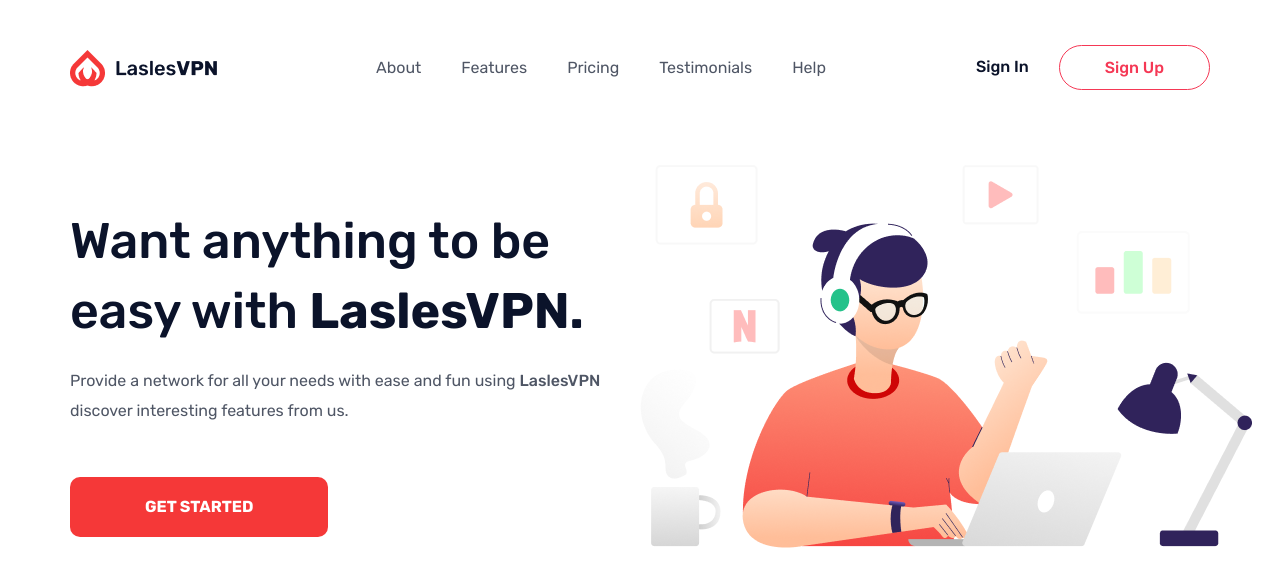
Repository: nafiesallahu/beetroot-fe-g1
Page: Homework10/index.html
An editor plug-in stored every save of this project. The page is shown before and after a run of saves, followed by the edit.
The browser window is 1280 px wide. The pictures show the whole page.

Above is the page before, as saved 2021-01-27 19:37:16.

After the next 5 saves:
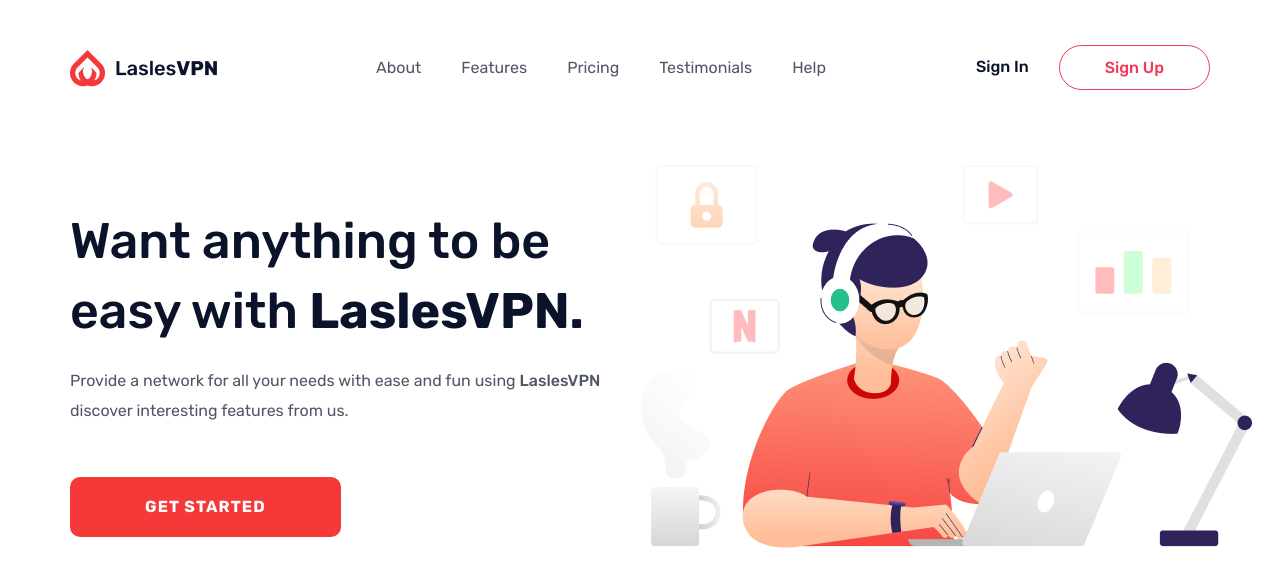
The 5 saves are shown as one change because they came seconds apart.
The last was saved 115 s later.
--- a/Homework10/styles/style.css
+++ b/Homework10/styles/style.css
@@ -161,4 +161,5 @@
   font-weight: 700;
   font-size: 16px;
   text-transform: uppercase;
+  letter-spacing: 0.07em;
 }
